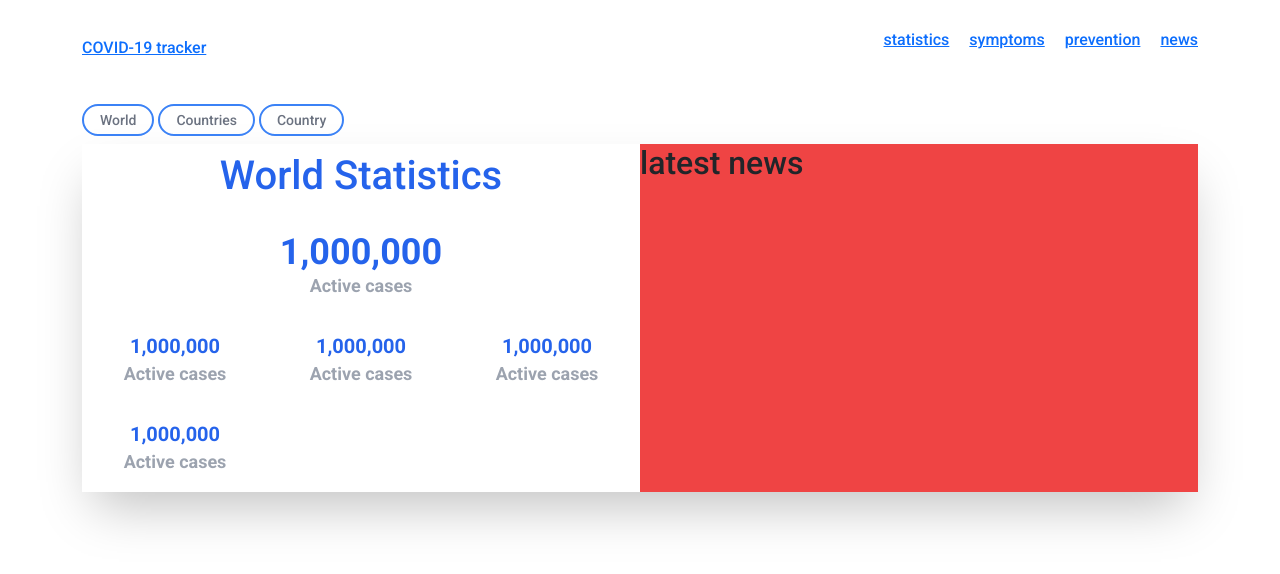
Repository: latenightsnacc/covid-19tracker
Page: design/index.html
The author's editor kept a copy of each file at every save. The page is drawn from the files as they stood at one save, then again after the next save.
The browser window is 1280 px wide. The pictures show the whole page.
Some web libraries are served in a nearby version.

Above is the page before, as saved 2021-07-22 16:41:45.

After the next save:
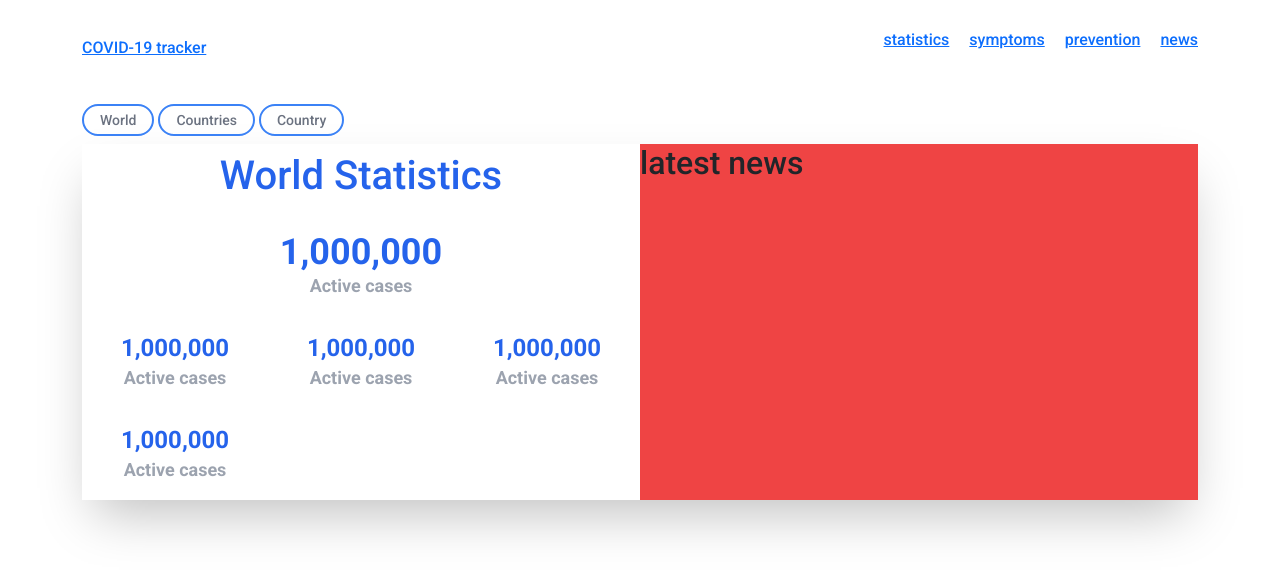
Saved 6 s later.
--- a/design/index.html
+++ b/design/index.html
@@ -82,19 +82,19 @@
                         </div>
                         <div class="grid grid-rows-auto grid-cols-3">
                             <div class="flex flex-col items-center justify-center p-3">
-                                <span class="text-xl text-blue-600 font-bold">1,000,000</span>
+                                <span class="text-2xl text-blue-600 font-bold">1,000,000</span>
                                 <span class="text-lg text-gray-400 font-bold">Active cases</span>
                             </div>
                             <div class="flex flex-col items-center justify-center p-3">
-                                <span class="text-xl text-blue-600 font-bold">1,000,000</span>
+                                <span class="text-2xl text-blue-600 font-bold">1,000,000</span>
                                 <span class="text-lg text-gray-400 font-bold">Active cases</span>
                             </div>
                             <div class="flex flex-col items-center justify-center p-3">
-                                <span class="text-xl text-blue-600 font-bold">1,000,000</span>
+                                <span class="text-2xl text-blue-600 font-bold">1,000,000</span>
                                 <span class="text-lg text-gray-400 font-bold">Active cases</span>
                             </div>
                             <div class="flex flex-col items-center justify-center p-3">
-                                <span class="text-xl text-blue-600 font-bold">1,000,000</span>
+                                <span class="text-2xl text-blue-600 font-bold">1,000,000</span>
                                 <span class="text-lg text-gray-400 font-bold">Active cases</span>
                             </div>
                         </div>
